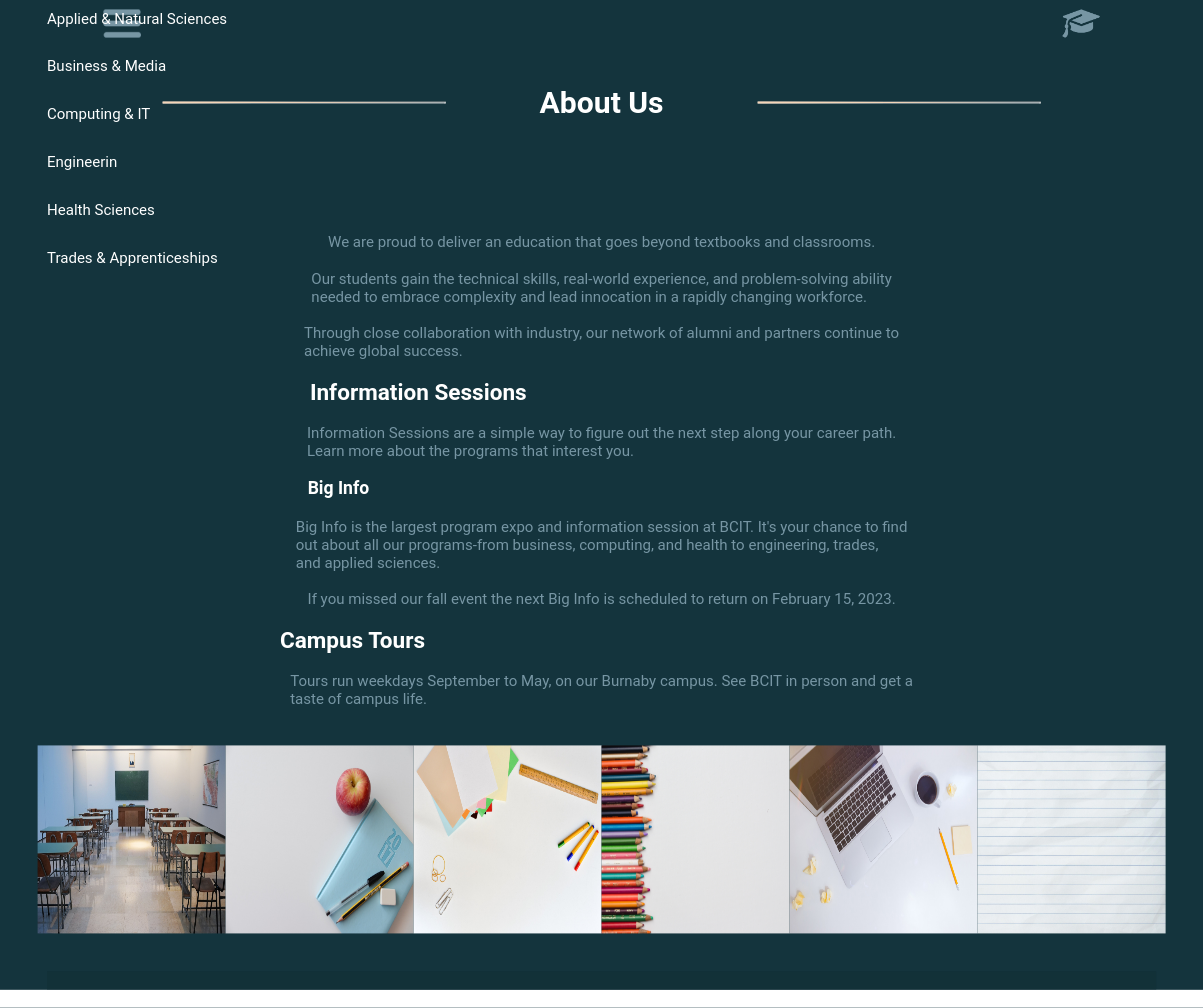
Repository: Sheraliramzan/Aly_A01253508_Assignment1
Page: /about
These files come from the project's save history. The page is drawn as it stood at one moment and after the next save; the edit follows.
The browser window is 1280 px wide. The pictures show the whole page, at 94% of full size.
The project was rebuilt for these pictures with package versions that can differ from the ones it lists, and the page was loaded fresh each time. The framework's server and built-in components were replaced by stand-ins that run in the browser. Also part of the build but not shown: next.config.js.

Above is the page before, as saved 2023-02-05 08:58:39.

### pages/about.js
import Head from 'next/head'
import Image from 'next/image'
import styles from '../styles/Home.module.css'
import dynamic from "next/dynamic";
import Nav from '../comp/nav/nav';


const About = () => {
  return (
    <>
      <Head>
        <title>About Us</title>
        <meta name="author" content="MDIA 2109" />
        <meta property="og:title" content= 'Assignment #1 - About Us Page'/>
        <meta property="og:description" content= "BCIT Digital Design and Development Diploma"/>
        <meta name="viewport" content="width=device-width, initial-scale=1" />
        <link rel="icon" href="/favicon.png" />
      </Head>
      <main className={styles.main}>
        <div className="aboutcont">
          <Nav/>
          <div>
              <div className='headcont1'>
                <hr className='hori'></hr>
                <h1 className='header'>About Us</h1>
                <hr className='hori1'></hr>
              </div>
              <div className='paracont'>
                <p className='para2'> We are proud to deliver an education that goes beyond textbooks
                  and classrooms.</p>
                <p className='para2'> Our students gain the technical skills, real-world experience,
                  and problem-solving ability <br /> needed to embrace complexity
                  and lead innocation in a rapidly changing workforce.</p>
                <p className='para2'>Through close collaboration with industry, our network of alumni
                  and partners continue to <br /> achieve global success.</p>
              </div>
                <h2 className='header2'> Information Sessions</h2>
                <p className='para3'> Information Sessions are a simple way to figure out the next
                  step along your career path. <br /> Learn more about the
                programs that interest you.</p>
                <h3 className='header3'>Big Info</h3>
              <p className='para3'> Big Info is the largest program expo and information session at
                BCIT. It's your chance to find <br /> out about all our
                programs-from business, computing, and health to engineering,
                trades,
                <br /> and applied sciences.
              </p>
              <p className='para3'>If you missed our fall event the next Big Info is scheduled to
                return on February 15, 2023.
              </p>
              <h2 className="header4">Campus Tours</h2>
              <p className='para3'>  Tours run weekdays September to May, on our Burnaby campus. See
                BCIT in person and get a <br /> taste of campus life.</p>
          </div>
          <div>
            <div id="carouselImage">
                <Image src={"/0.jpg"} width={200} height={200}></Image>
                <Image src={"/1.jpg"} width={200} height={200}></Image>
                <Image src={"/2.jpg"} width={200} height={200}></Image>
                <Image src={"/3.jpg"} width={200} height={200}></Image>
                <Image src={"/4.jpg"} width={200} height={200}></Image>
                <Image src={"/5.jpg"} width={200} height={200}></Image>
            </div >
                  <div id="testOnImageHere">
                    <ul >
                      <li>Applied & Natural Sciences</li>
                      <li>Business & Media</li>
                      <li>Computing & IT</li>
                      <li>Engineerin</li>
                      <li>Health Sciences</li>
                      <li>Trades & Apprenticeships</li>
                    </ul>
                  </div>
          </div>
        </div>
        <a>
            <span>
                <img></img>
                <img></img>
            </span>
        </a>
      </main>
    </>
  )
}
export default dynamic (() => Promise.resolve(About), {ssr: false})

### styles/globals.css


* {
  box-sizing: border-box;
  padding: 0;
  margin: 0;
}

html,
body {
  margin: 0;
  padding: 0;
  font-family: "Roboto", sans-serif;
  scrollbar-width: none;

}
.menuimg{
  margin-left: 100px;
}
.gardimg{
  margin-right: 100px;
}
.navcont {
  display: flex;
  align-items: center;
  justify-content: space-between;
  padding: 10px;
}
.menucont{
  position: absolute;
  top: 0rem;
  left: 4rem;
}
a{
  color: var(--primary-color);
  text-decoration: none;
}

ul {
  display: flex;
  flex-direction: column;
  position: absolute;
  top: 10px;
  left: 50px;
  gap: 2rem;
  text-decoration: none;
}

ul > li {
  list-style-type: none;
  text-decoration: none;
  color: var(--primary-color);
}
.listcont{
  position: absolute;
  display: flex;
  align-items: flex-start;
  left: 3rem;
  top: 3rem;
}

.btncont {
  display: flex;
}

.close {
  background-color: transparent;
  border: none;
  font-size: larger;
  color: var(--primary-color);
}

.fullcont{
  width: 100vw;
  height: 100vh;
  background-image: url("/background-images/backgroundMountain.jpg");
  background-size: cover;
}
.but1{
  margin: 2px;
  padding: 5px 15px;
  background: none;
  border: 1px solid var(--primary-color);
  border-radius: 5px;
  color:var(--primary-color) ;
}
.butcont{
 margin-left: 250px;
}

.but1:hover{
  background-color: var( --primary-color);
  color: var(--quinary-color);
}
.downarrow{
  position: relative;
  left: 650px;
  top:50px;
}
.headcont{
  display: flex;
  flex-direction: column;
  width: 25%;
  margin-top: 320px;
  margin-left: 250px;
}
.headhome{
  color: var(--primary-color);
  font-size: 25px;
  margin-bottom: 10px;
}
.horidiv{
  width: 60%;
  border: 1px solid var(--secondary-color);
  margin-bottom: 10px;
}
.para1{
  color: var(--primary-color);
  font-size:12px;
  width: 100%;
  opacity: 0.8;
}
.aboutcont{
  width: 100%;
  background-color: var( --quaternary-color);
  justify-content: center;
}
.hori{
  border-left: 300px solid var(--secondary-color);
  width: 100px;
  height: 1px;
  margin-right: 100px;
}
.hori1{
  border-left: 300px solid var(--secondary-color);
  width: 100px;
  height: 1px;
  margin-left: 100px;
}
.headcont1{
  text-align: center;
  margin-top: 40px;
  display: flex;
  justify-content: center;
  align-items: center;
}
.header{
  color: var(--primary-color);
}
.paracont{
  display: flex;
  flex-direction: column;
  color: var(--ternary-color);
  justify-content: center;
  align-items: center;
  margin-top: 100px;

}
.para2{
  margin-top: 20px;
}
.header2{
  display: flex;
  flex-direction: column;
  align-items: center;
  margin-right: 390px;
  margin-top: 20px;
  margin-bottom: 20px;
  color: var(--primary-color);
}
.header3{
  display: flex;
  flex-direction: column;
  align-items: center;
  margin-right: 560px;
  margin-top: 20px;
  margin-bottom: 20px;
  color: var(--primary-color);
}
.header4{
  display: flex;
  flex-direction: column;
  align-items: center;
  margin-right: 530px;
  margin-top: 20px;
  margin-bottom: 20px;
  color: var(--primary-color);
}
.para3{
  color: var(--ternary-color);
  display: flex;
  align-items: center;
  justify-content: center;
  margin-bottom: 20px;
}
#carouselImage{
  height: 200px;
  background-repeat: no-repeat;
  background-size: cover;
  display: flex;
  justify-content: center;
  align-items: center;
  margin: 40px 0px;
}
#testOnImageHere{
  background-color: rgba(16, 46, 53, 0.5);
  padding: 10px;
  margin: 0px 50px;
}

### styles/variables.css
:root{
    --primary-color:#fff;
    --secondary-color:#f4d6b9;
    --ternary-color: #7796a4;
    --quaternary-color:#14343d;
    --quinary-color:rgba(16,46,53,0.5);
}

### styles/Home.module.css
.main {
  display: flex;
  flex-direction: column;
  justify-content: space-between;
  align-items: center;
}

### comp/nav/nav.js
import Head from 'next/head'
import Image from 'next/image'
import { useState } from 'react'
import { useRouter } from 'next/router'
import Link from 'next/link'

export default function Nav(){
    const [isMenuOpen, setIsMenuOpen] = useState(false);
  const handleClick = () => {
    setIsMenuOpen(!isMenuOpen);
  };
  const router = useRouter();
    return (
    <>
        <div className="navcont">
              <Image alt='menu' className='menuimg'
                src={"/icons/menu-icon.png"}
                width={40}
                height={30}
                onClick={handleClick}
              />
              <Image alt='grad' className='gardimg' src={"/icons/graduation-hat.png"} width={40} height={30} />
          </div>
          {isMenuOpen && (
            <div className="menucont">
              <div className="listcont">
                <div className="btncont">
                  <button className="close" onClick={handleClick}>
                    X
                  </button>
                </div>
                <div>
                  <ul>
                    <li>
                      <a href="#">Home</a>
                    </li>
                    <li>
                      <a href="/about">About</a>
                    </li>
                    <li>
                      <a href="/contact">Contact</a>
                    </li>
                  </ul>
                </div>
              </div>
              <Image alt='bar'
                src={"/background-images/menuBackground.png"}
                width={240}
                height={240}
              />
            </div>
          )}
    </>
    )
}

Loaded but not shown: pages/_app.js (common file); pages/_document.js (common file); pages/api/hello.js (common file)

After the next save:
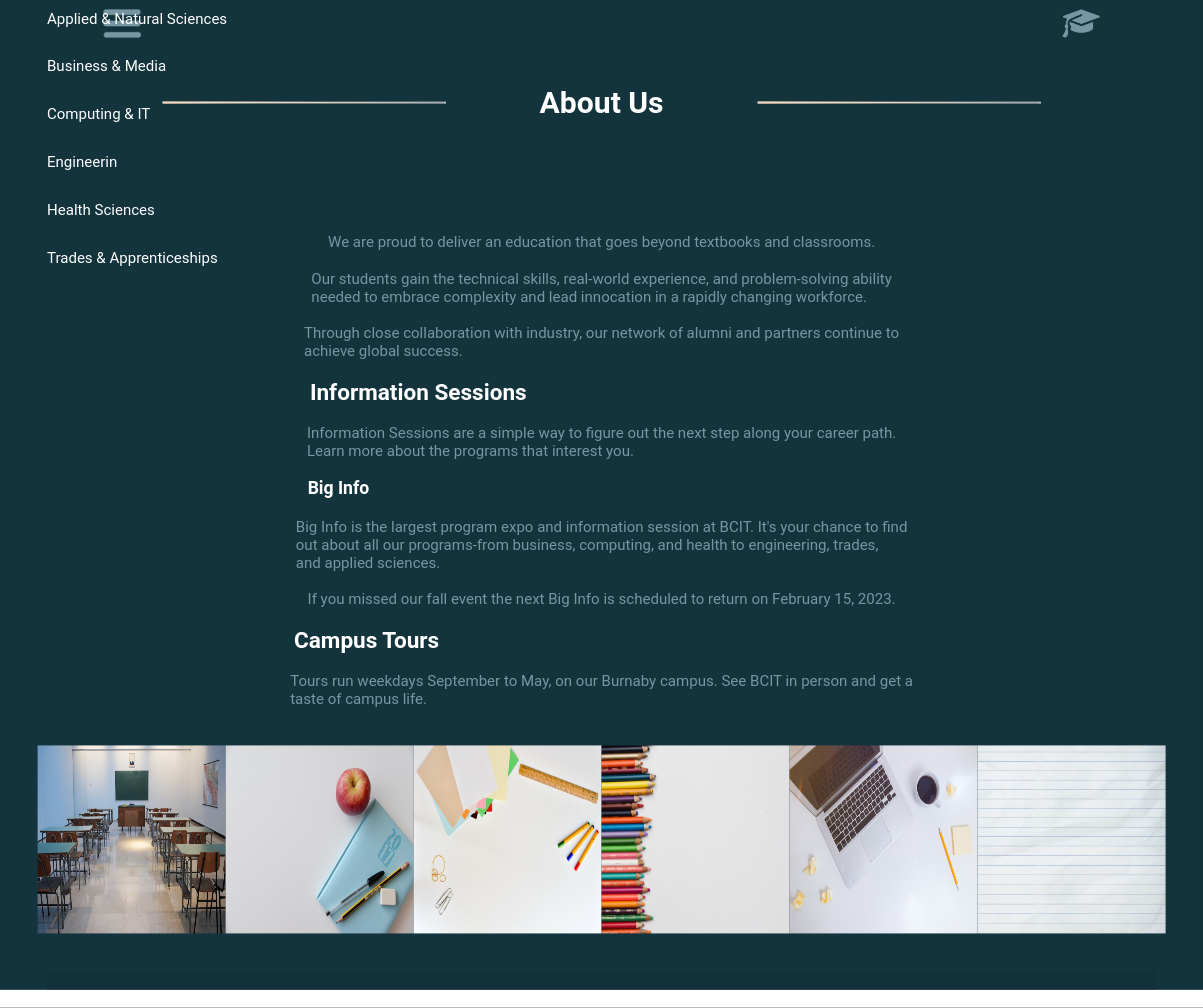
Saved 5 s later.
--- a/styles/globals.css
+++ b/styles/globals.css
@@ -181,7 +181,7 @@ ul > li {
   display: flex;
   flex-direction: column;
   align-items: center;
-  margin-right: 530px;
+  margin-right: 500px;
   margin-top: 20px;
   margin-bottom: 20px;
   color: var(--primary-color);
